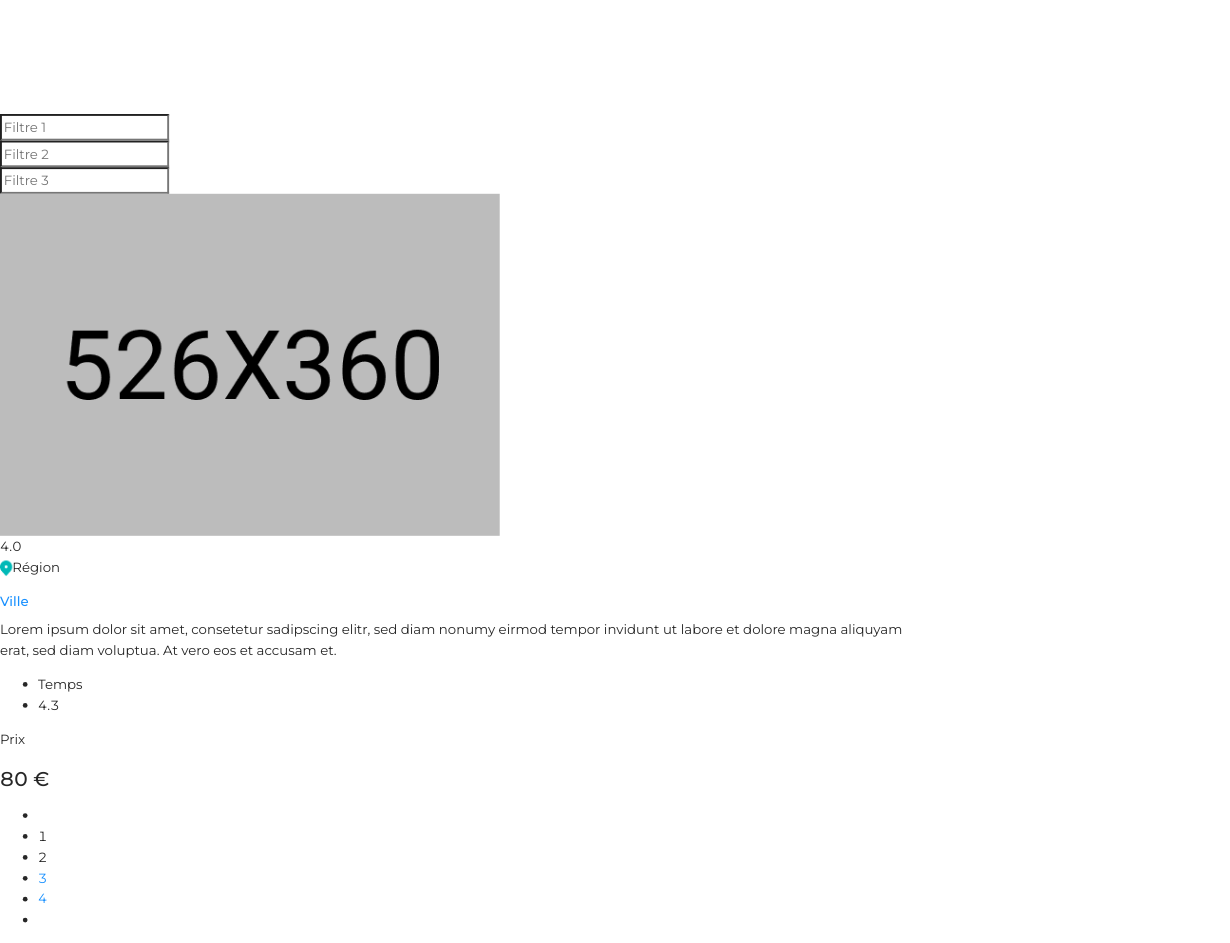
Repository: Emerson1220/projet-neofeel-lacapsule
Page: /roadPlanner (app in reactapp/)
The author's editor kept a copy of each file at every save. The page is drawn from the files as they stood at one save, then again after the next save.
The browser window is 1280 px wide. The page is 1295 px wide, so the pictures cover 1295 px, including what lies to the right of the window. The pictures show the whole page, at 95% of full size.
The project was rebuilt for these pictures with package versions that can differ from the ones it lists, and the page was loaded fresh each time. A package was used in the major version that the imports need, not the one package.json lists. Also part of the build but not shown: reactapp/src/Nav.js, reactapp/src/ScreenHome.js.

Above is the page before, as saved 2021-05-18 08:53:18.

After the next save:
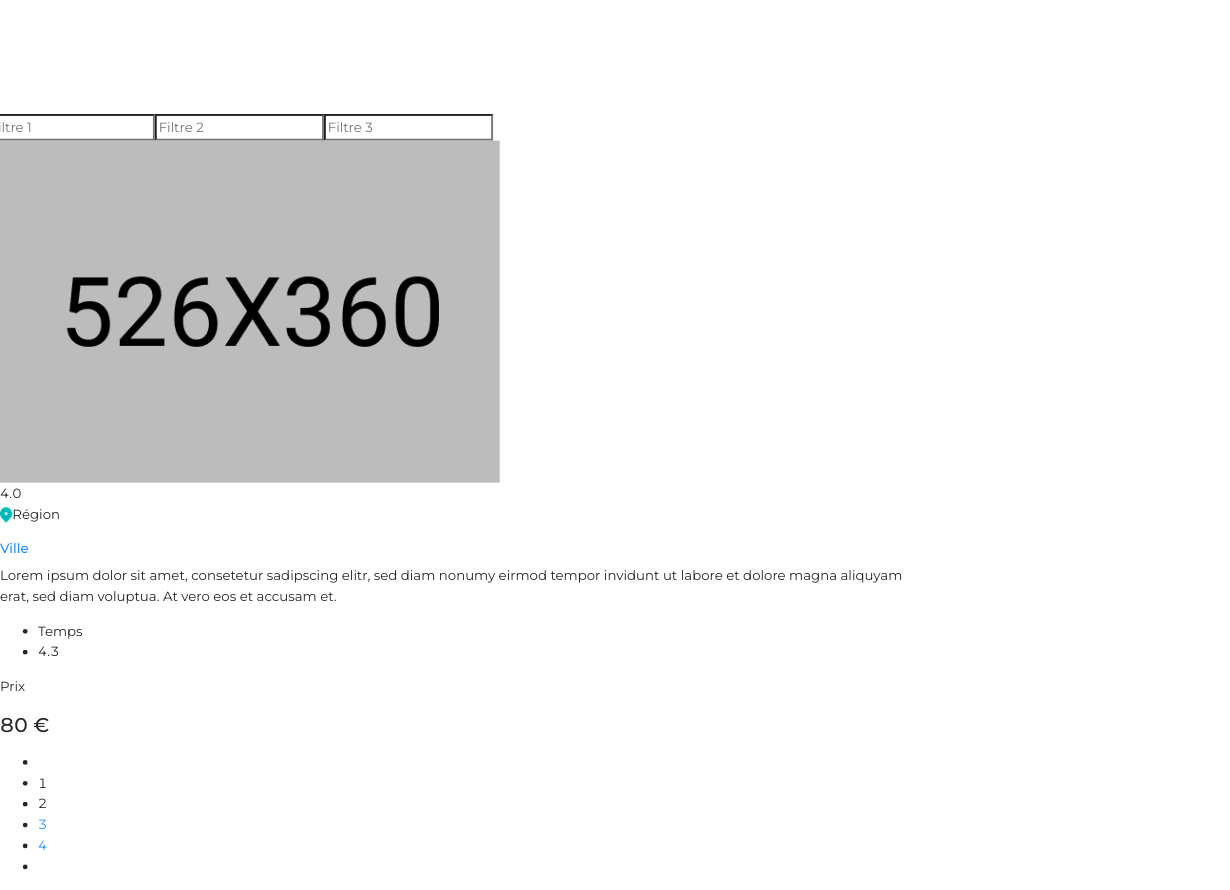
Saved 57 s later.
--- a/reactapp/src/screens/ScreenRoadPlanner.js
+++ b/reactapp/src/screens/ScreenRoadPlanner.js
@@ -14,7 +14,8 @@ function ScreenRoadPlanner() {
 
                         <div style={ styles.col }>
                             <div className="tp-tour-list-search-area"> {/* Filters */}
-                                <div className="row">
+
+                                <div style={ styles.row }>
                                     <div className="col-xl-3 col-sm-6">
                                         <label className="single-input-wrap tour-list-search-icon">
                                         <i className="la la-arrow-up" />
@@ -116,6 +117,10 @@ let styles = {
         paddingRight: '15px',
         paddingLeft: '15px',
         }
+
+
+
+
     }
 
 
